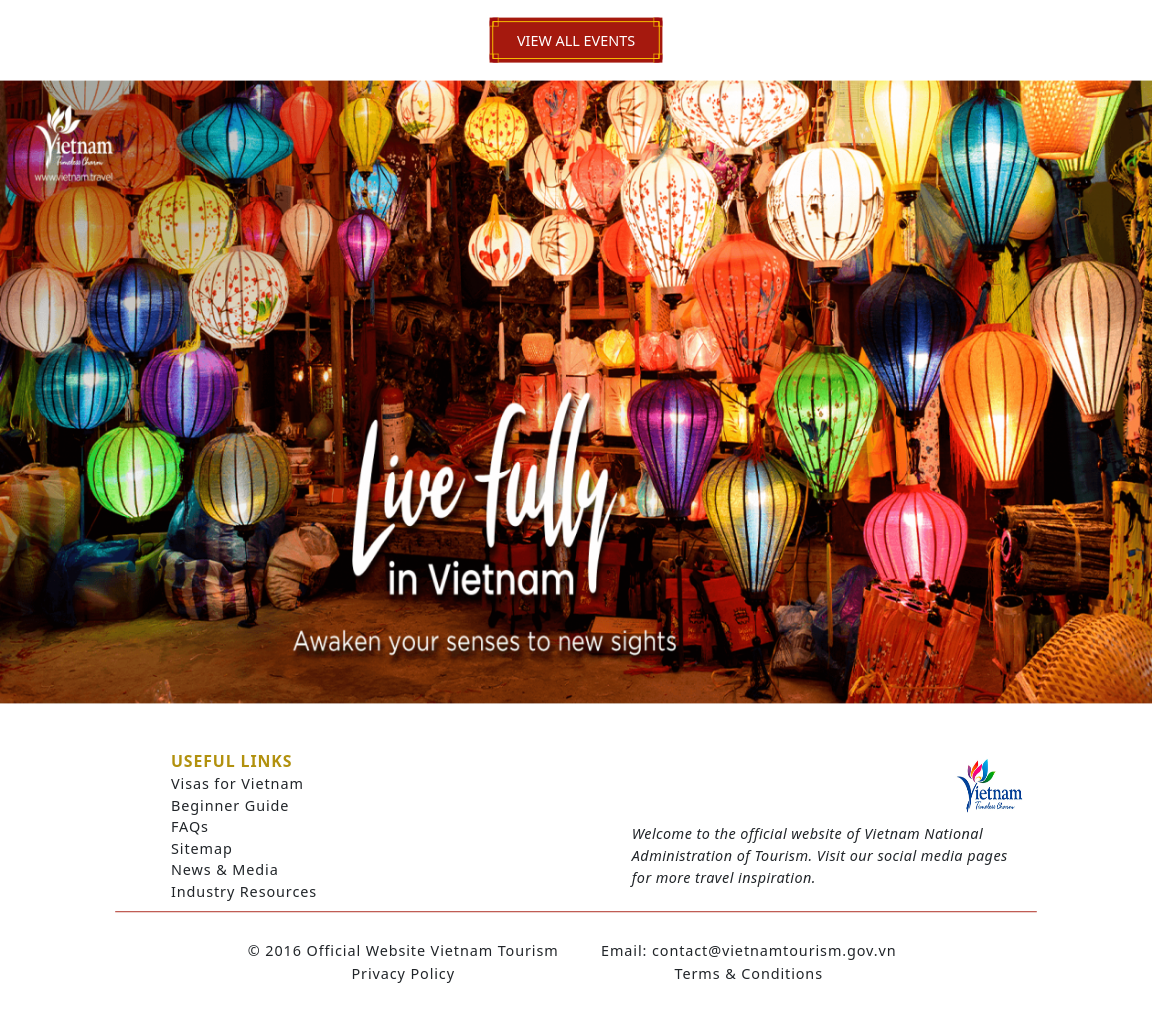
Repository: nguoilaisaochoi/TRAVEL-DEMO
Page: index.html
These files come from the project's save history. The page is drawn as it stood at one moment and after the next save; the edit follows.
The browser window is 1280 px wide. The pictures show the part of the page from y = 2164 to 3310 px (the page is 3310 px tall before and 2618 px after), at 90% of full size.
A picture or video elsewhere on the page could not be fetched, so the positions and the page height are approximate.

Above is the page before, as saved 2023-03-27 18:49:05.

### index.html
<!DOCTYPE html>
<html lang="en">
  <head>
    <meta charset="UTF-8" />
    <meta http-equiv="X-UA-Compatible" content="IE=edge" />
    <meta name="viewport" content="width=device-width, initial-scale=1.0" />
    <link rel="stylesheet" href="./index.css" />
    <script src="./index.js"></script>
    <link
      href="https://cdn.jsdelivr.net/npm/bootstrap@5.0.2/dist/css/bootstrap.min.css"
      rel="stylesheet"
      integrity="sha384-EVSTQN3/azprG1Anm3QDgpJLIm9Nao0Yz1ztcQTwFspd3yD65VohhpuuCOmLASjC"
      crossorigin="anonymous"
    />
    <title>Document</title>
  </head>
  <body>
    <div id="header">
      <img id="logo" src="./img_vd/logo.jpg" alt="" />
      <a href="#" onclick="showmenu()"><img id="vmenu" src="./img_vd/navmenu.jpg" /></a>
      <div id="menu">
        <li id="menucon">Live fully in Vietnam</li>
        <li id="menucon">Places to go</li>
        <li id="menucon">Things to do</li>
        <li id="menucon">Plan your trip</li>
        <li id="menucon">Green travel</li>
        <li id="menucon">Travel offers</li>
        <li id="menucon" onclick="addlang()" style="cursor: pointer">EN</li>
        <li id="lang"><p style="margin-top: 10px">日本語</p></li>
      </div>
    </div>
    <div id="vid">
      <video width="100%" autoplay muted loop src="./img_vd/1.mp4"></video>
    </div>
    <div id="content">
      <div id="cn1">
        <p id="start">LIVE FULLY IN VIETNAM</p>
        <p>Spectacular nature. Exceptional cuisine. Cultural diversity. Excellent service.</p>
        <p>
          Vietnam has fully reopened for international tourism without Covid-19 restrictions (No
          vaccination certificate, No test requirements, No quarantine, No medical declaration) and
          restored visa policies and immigration procedures as before Covid-19.
        </p>
        <p>
          Now you are free to discover and enjoy various wild nature destinations like limestone
          mountains, green terraced rice fields, and white sandy beaches. Holidays are coming, let’s
          get away from it all.
        </p>
        <p>
          Take in new sights, sounds, and flavors. Enjoy experiences that are truly memorable. Let’s
          explore, relax, and play. Live fully in Vietnam.
        </p>
      </div>
      <div id="cn2" class="row">
        <div id="cn21" class="col-md-12 col-lg-6">
          <div id="big">
            <img src="./img_vd/cn21.jpg" alt="" />
            <div id="tt">
              <div id="tt1"><p>Culture</p></div>
              <div id="tt2">
                <p>A guide to the boat tours of Ninh Binh</p>
              </div>
            </div>
          </div>
        </div>
        <div id="cn22" class="col-6 col-md-6 col-lg-3">
          <div id="big">
            <img src="./img_vd/cn22small.jpg" alt="" />
            <div id="tt">
              <div id="tt1"><p>Culture</p></div>
              <div id="tt2">
                <p>Enjoy the great outdoors in Ho Chi Minh City</p>
              </div>
            </div>
          </div>
        </div>
        <div id="cn23" class="col-6 col-md-6 col-lg-3">
          <div id="big">
            <img src="./img_vd/cn23smal.jpg" alt="" />
            <div id="tt">
              <div id="tt1"><p>Luxury</p></div>
              <div id="tt2">
                <p>Comfort Meets Culture at Hanoi's Luxury Hotels</p>
              </div>
            </div>
          </div>
        </div>
        <div id="cn24" class="col-lg-6">
          <div id="big">
            <img src="./img_vd/cn24.jpg" alt="" />
            <div id="tt">
              <div id="tt1"><p>Nature</p></div>
              <div id="tt2">
                <p>Binh Thuan: A Waterfall Paradise</p>
              </div>
            </div>
          </div>
        </div>
        <div id="cn24" class="col-lg-6">
          <div id="big">
            <img src="./img_vd/cn25.jpg" alt="" />
            <div id="tt">
              <div id="tt1"><p>Adventure</p></div>
              <div id="tt2">
                <p>Vung Tau - A sightseeing wonderland</p>
              </div>
            </div>
          </div>
        </div>
      </div>
    </div>
    <div id="whaton">
      <p style="font-size: 220%; color: #b2910e; text-transform: uppercase; font-weight: bold">
        What on?
      </p>
      <p style="font-size: 150%; letter-spacing: 1px; font-weight: 340">
        Check out upcoming events in Vietnam
      </p>
      <div id="event">
        <div id="e1" class="ev">
          <img src="./img_vd/e1.jpg" />
          <div id="info">
            <p>11 Mar 2023 - 13 Mar 2023</p>
            <p id="info2">Ban Flower Festival</p>
          </div>
        </div>
        <div id="e2" class="ev">
          <img src="./img_vd/e2.jpeg" />
          <div id="info">
            <p>10 Mar 2023 - 14 Mar 2023</p>
            <p id="info2">Buon Ma Thuot Coffee Festival</p>
          </div>
        </div>
        <div id="e3" class="ev">
          <img src="./img_vd/e3.jpeg" />
          <div id="info">
            <p>06 Mar 2023 - 11 Mar 2023</p>
            <p id="info2">Huong Pagoda Festival</p>
          </div>
        </div>
        <div id="e4" class="ev">
          <img src="./img_vd/e4.jpeg" />
          <div id="info">
            <p>08 Mar 2023 - 10 Mar 2023</p>
            <p id="info2">Da Nang Quan The Am Festival</p>
          </div>
        </div>
      </div>
      <div id="allev">
        <div id="allev1">
          <p>view all events</p>
        </div>
      </div>
    </div>
    <img id="VNAT" src="./img_vd/VNAT Cover 2.png" />
    <!--FOOTER-->
    <div id="footer">
      <div id="ctfooter" class="row">
        <div id="ctfooter1" class="col-lg-6">
          <li style="color: #b2910e; font-weight: bold; letter-spacing: 1px; font-size: 110%">
            USEFUL LINKS
          </li>
          <li>Visas for Vietnam</li>
          <li>Beginner Guide</li>
          <li>FAQs</li>
          <li>Sitemap</li>
          <li>News & Media</li>
          <li>Industry Resources</li>
        </div>
        <div id="ctfooter2" class="col-lg-6">
          <img src="./img_vd/logo-bw.png" />
          <p style="margin-top: 10px">
            Welcome to the official website of Vietnam National Administration of Tourism. Visit our
            social media pages for more travel inspiration.
          </p>
        </div>
      </div>
      <div id="about" class="row">
        <li class="col-lg-6">© 2016 Official Website Vietnam Tourism</li>
        <li class="col-lg-6">Email: contact@vietnamtourism.gov.vn</li>
        <li class="col-lg-6">Privacy Policy</li>
        <li class="col-lg-6">Terms & Conditions</li>
      </div>
    </div>
  </body>
</html>

### index.css
/*--------------MOBILE--------------------*/
@media screen and (min-width: 225px) {
  body {
    width: 100%;
    height: 100vh;
    margin: 0;
    font-family: Arial, Helvetica, sans-serif;
  }
  #header {
    position: relative;
    width: 100%;
    height: 50px;
    background-color: white;
    z-index: 2;
  }
  #footer {
    width: 100%;
    min-height: 364px;
    background-color: white;
    display: flex;
    justify-content: center;
    flex-direction: column;
  }
  #ctfooter {
    margin: auto;
    width: 100%;
    height: 90%;
    margin-top: 10px;
    border-bottom: 1px solid #a5190e;
  }
  #ctfooter1 {
    list-style: none;
    letter-spacing: 1px;
    display: flex;
    justify-content: center;
    align-items: center;
    flex-direction: column;
  }
  #ctfooter2 {
    letter-spacing: 0.5px;
    font-style: italic;
    display: flex;
    flex-direction: column;
    justify-content: center;
    align-items: center;
    text-align: center;
  }
  #ctfooter2 img {
    margin-top: 10px;
    width: 30%;
    height: 35%;
  }
  #about {
    margin: auto;
    width: 100%;
    height: 200px;
    list-style: none;
    margin-top: 10px;
  }
  #about li {
    text-align: center;
    letter-spacing: 1px;
    height: 20px;
  }
  #vid {
    width: 100%;
    min-height: 100px;
    overflow: hidden;
    z-index: 0;
  }
  #logo {
    position: relative;
    z-index: 1;
    max-width: 20%;
    margin-left: 5%;
  }
  #start {
    margin-top: 20px;
    font-size: 160%;
    font-weight: bold;
    color: #b2910e;
    letter-spacing: 1px;
  }
  #vmenu {
    float: right;
    width: 10%;
    margin: 2%;
  }
  #menu {
    z-index: 0;
    position: absolute;
    list-style: none;
    display: block;
    flex-direction: column;
    width: 100%;
    margin-top: -10px;
    height: 0px;
    background-color: white;
    overflow: hidden;
    animation: animate2 0.5s ease;
  }
  #menu.active {
    z-index: 0;
    position: absolute;
    list-style: none;
    display: block;
    flex-direction: column;
    width: 100%;
    background-color: white;
    overflow: hidden;
    height: auto;
    animation: animate 0.5s ease;
    border-bottom: 5px solid #a5190e;
  }
  @keyframes animate {
    0% {
      height: 0px;
    }
    100% {
      height: 285px;
    }
  }
  @keyframes animate2 {
    0% {
      height: 285px;
    }
    100% {
      height: 0px;
    }
  }
  #lang {
    display: flex;
    width: 100%;
    justify-content: center;
    background-color: rgb(255, 255, 227);
    height: 0px;
    overflow: hidden;
    transition: 0.2s ease;
    text-decoration: none;
    color: gray;
  }
  #lang.active {
    display: flex;
    width: 100%;
    justify-content: center;
    background-color: rgb(255, 255, 227);
    height: 40px;
    overflow: hidden;
  }
  #menucon {
    display: flex;
    align-items: center;
    justify-content: center;
    width: 100%;
    height: 40px;
    margin-left: 0px;
    margin-right: 0px;
    font-size: 14px;
    transition: 0.2s ease;
    font-weight: bold;
    color: gray;
    border-bottom: 1px solid gray;
  }
  #menucon:hover {
    background-color: #80808039;
    cursor: pointer;
    color: rgb(145, 0, 0);
  }
  #content {
    display: flex;
    width: 100%;
    min-height: 400px;
    background-color: aqua;
    margin: auto;
    flex-wrap: wrap;
    justify-content: center;
    background: url(./img_vd/background.jpg) no-repeat;
    background-size: cover;
  }
  #cn1 p {
    text-align: center;
    letter-spacing: 2px;
  }
  #cn1 {
    width: 100%;
  }
  #cn2 {
    width: 100%;
  }
  #cn21,
  #cn22,
  #cn23,
  #cn24,
  #cn25 {
    height: 200px;
    position: relative;
    overflow: hidden;
    display: flex;
  }
  #cn22 #big img,
  #cn23 #big img {
    width: 140%;
  }
  #big {
    width: 100%;
    height: 90%;
    background-color: aliceblue;
    margin: auto;
    position: relative;
    overflow: hidden;
    border-radius: 5px;
  }
  #big img {
    position: absolute;
    width: 100%;
    height: 314px;
    z-index: 0;
  }

  #cn22 #big img {
    position: absolute;
    bottom: -40px;
  }
  #cn23 #big img {
    position: absolute;
    bottom: 0;
  }
  #tt {
    position: absolute;
    width: 100%;
    z-index: 1;
    bottom: 0;
  }
  #tt1 {
    max-height: 30px;
    width: 100px;
    background: url(./img_vd/bg-red-pattern.png);
    background-size: cover;
    z-index: 1;
    display: flex;
    text-transform: uppercase;
  }
  #tt1 p {
    color: white;
    font-weight: bold;
    margin: auto;
  }
  #tt2 {
    background-color: rgba(0, 0, 0, 0.501);
    padding: 2%;
    color: white;
    font-weight: bold;
    text-transform: uppercase;
    display: flex;
  }
  #tt2 p {
    margin-bottom: 0px;
    font-size: 90%;
  }
  #whaton {
    width: 100%;
    min-height: 667px;
    background-color: white;
    text-align: center;
  }
  #event {
    width: 90%;
    min-height: 150px;
    background: url(./img_vd/bg-red-pattern.png);
    background-size: 100px;
    display: flex;
    flex-direction: column;
    margin: auto;
    padding: 10px;
  }
  #e1,
  #e2,
  #e3,
  #e4 {
    position: relative;
    z-index: 0;
  }
  #event div {
    width: 100%;
    height: 150px;
    overflow: hidden;
  }
  #event img {
    width: 100%;
  }
  #info {
    position: absolute;
    z-index: 1;
    top: 0;
    color: white;
    width: 100%;
    background: linear-gradient(rgba(0, 0, 0, 0.737), transparent 70%);
  }
  #info p {
    text-align: left;
    margin-left: 10px;
    margin-top: 10px;
    line-height: 22px;
  }
  #info2 {
    font-weight: bold;
    font-size: 120%;
    text-transform: uppercase;
  }
  #allev {
    cursor: pointer;
    display: flex;
    margin: auto;
    margin-top: 20px;
    margin-bottom: 20px;
    width: 90%;
    height: 50px;
    background-color: #a5190e;
    background-image: url(./img_vd/bg-red-tl.png), url(./img_vd/bg-red-tr.png),
      url(./img_vd/bg-red-br.png), url(./img_vd/bg-red-bl.png);
    background-repeat: no-repeat;
    background-position: 0 0, 100% 0, 100% 100%, 0 100%;
  }
  #allev1 {
    width: 98%;
    margin: auto;
    border: 1px solid #ffcc00;
    text-transform: uppercase;
  }
  #allev1 p {
    margin-top: 4%;
    line-height: 10px;
    color: white;
  }
  #VNAT {
    width: 100%;
  }
}
/*--------------TABLET--------------------*/
@media screen and (min-width: 768px) {
  #footer {
    width: 100%;
    min-height: 364px;
    background-color: white;
    display: flex;
    justify-content: center;
    flex-direction: column;
  }
  #ctfooter {
    width: 100%;
    height: 90%;
    margin-top: 10px;
    border-bottom: 1px solid #a5190e;
  }
  #ctfooter1 {
    align-items: flex-start;
  }
  #ctfooter2 {
    align-items: flex-end;
    text-align: start;
  }
  #ctfooter1 li,
  #ctfooter2 p {
    margin-left: 50px;
  }
  #ctfooter2 img {
    width: 12%;
    height: 40%;
  }
  #start {
    font-size: 350%;
  }
  #cn1 {
    width: 90%;
  }
  #cn2 {
    width: 90%;
  }
  #cn21,
  #cn22,
  #cn23,
  #cn24,
  #cn25 {
    height: 310px;
    position: relative;
    overflow: hidden;
    display: flex;
  }

  #big img {
    display: flex;
    height: 314px;
    transition: 0.5s ease;
  }
  #tt2 p {
    font-size: 110%;
  }
  #whaton {
    min-height: 130px;
  }
  #event {
    width: 90%;
    flex-direction: row;
  }
  #event div {
    height: 280px;
  }
  #event img {
    width: auto;
    height: 344px;
    position: relative;
    right: 155px;
  }
  #e1,
  #e2,
  #e3,
  #e4 {
    margin: 0.5%;
    border-radius: 5px;
  }
  #allev {
    width: 25%;
  }
  #allev1 {
    width: 96%;
    height: 83%;
    display: flex;
  }
  #allev1 p {
    margin: auto;
  }
}
/*--------------DESKTOP--------------------*/
@media screen and (min-width: 992px) {
  #header {
    width: 100%;
    height: 90px;
  }
  #ctfooter {
    margin: auto;
    width: 80%;
  }
  #ctfooter2 img {
    width: 16%;
    height: 40%;
  }
  #ctfooter1,
  #ctfooter2 {
    margin-bottom: 10px;
  }
  #about {
    width: 60%;
    height: 50px;
    margin: auto;
    margin-top: -20px;
  }
  #about li {
    height: 20px;
  }
  #vmenu {
    display: none;
  }
  #logo {
    width: 10%;
  }
  #menu {
    display: inline-flex;
    height: 90px;
    margin: 0;
    width: 80%;
    margin-left: 20px;
    flex-direction: row;
    background-color: transparent;
    overflow: visible;
  }
  #menucon {
    height: 90px;
    width: 150px;
    font-size: 80%;
    border-bottom: none;
    text-align: center;
  }
  #lang {
    z-index: 1;
    position: relative;
    top: 90px;
    right: 12.4%;
    width: 150px;
    background-color: white;
  }
  #lang.active {
    z-index: 1;
    position: relative;
    top: 90px;
    right: 12.4%;
    width: 150px;
    background-color: white;
    border-bottom: 5px solid #a5190e;
  }
  #cn2 {
    width: 100%;
  }
  #cn1 {
    width: 90%;
  }
  #cn2 {
    width: 90%;
  }
  #cn21,
  #cn22,
  #cn23,
  #cn24,
  #cn25 {
    height: 310px;
    position: relative;
    overflow: hidden;
    display: flex;
  }
  #big {
    width: 100%;
    height: 90%;
    background-color: aliceblue;
    margin: auto;
    position: relative;
    overflow: hidden;
  }
  #big:hover > img {
    scale: 1.1;
  }
  #big img {
    height: 370px;
    transition: 0.5s ease;
  }
  #tt2 p {
    font-size: 110%;
  }
  #info2 {
    font-size: 150%;
  }
  .ev img {
    transition: 0.5s ease;
  }
  .ev:hover > img {
    scale: 1.1;
  }
  #allev {
    width: 15%;
  }
  #allev1 {
    width: 97%;
    height: 83%;
  }
}

### index.js
/*function showLoginForm() {
  var abc = document.getElementById("menu");
  if (abc.style.display === "flex") {
    abc.style.display = "none";
  } else {
    abc.style.display = "flex";
  }
}*/
function showmenu() {
  var abc = document.getElementById("menu");
  if (abc.classList.contains("active")) {
    abc.classList.remove("active");
  } else {
    abc.classList.add("active");
  }
}
function addlang() {
  var abc = document.getElementById("lang");
  if (abc.classList.contains("active")) {
    abc.classList.remove("active");
  } else {
    abc.classList.add("active");
  }
}

After the next save:
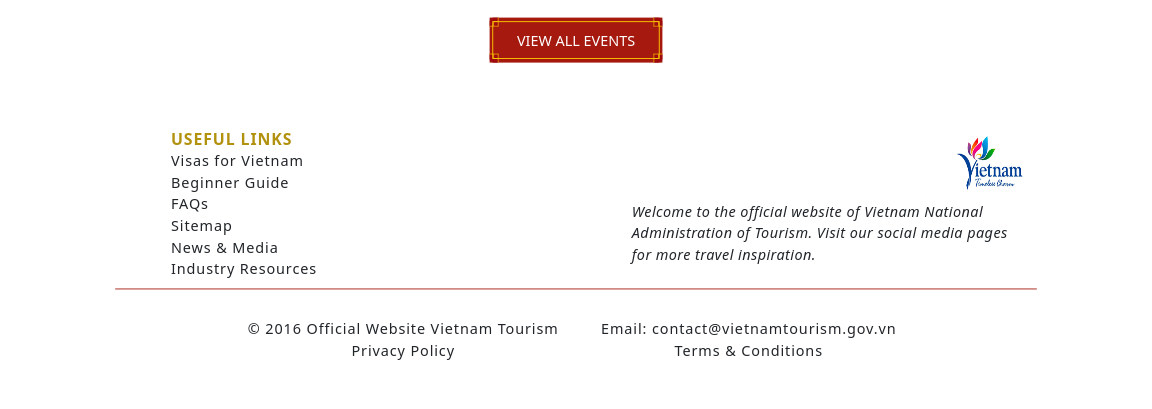
Saved 102 s later.
--- a/index.html
+++ b/index.html
@@ -152,7 +152,7 @@
         </div>
       </div>
     </div>
-    <img id="VNAT" src="./img_vd/VNAT Cover 2.png" />
+    <div id="traveltrip"></div>
     <!--FOOTER-->
     <div id="footer">
       <div id="ctfooter" class="row">
